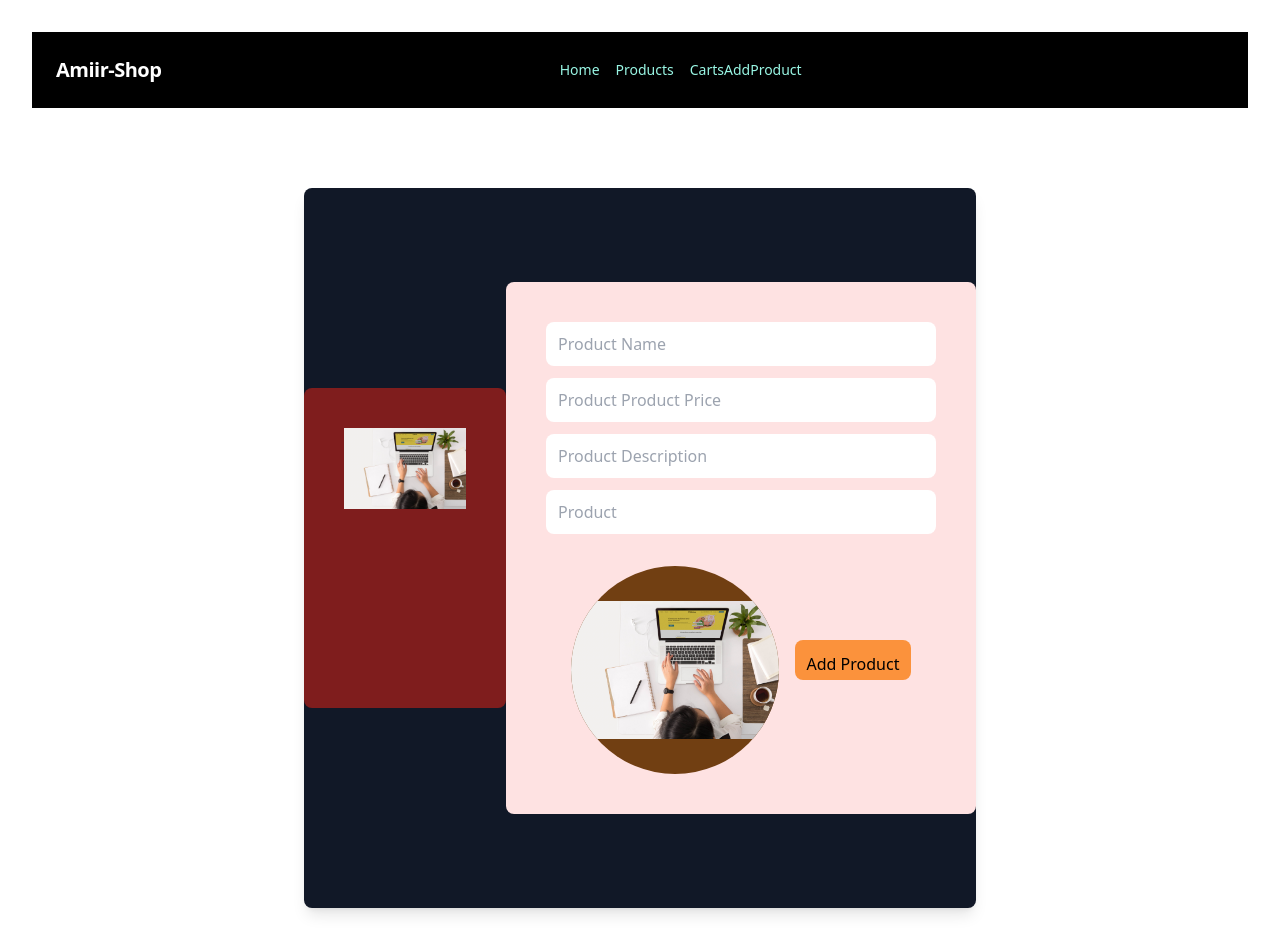
Repository: ENG-AMIIR-MUSE/ECommerce-app-using-react
Page: /addProducts
An editor plug-in stored every save of this project. The page is shown before and after the next save, followed by the edit.
The browser window is 1280 px wide. The pictures show the whole page.
The page's requests for data from a server got no answer. The project was rebuilt for these pictures with package versions that can differ from the ones it lists, and the page was loaded fresh each time. No one was signed in, and anything a server would have sent is missing. Also part of the build but not shown: vite.config.js, src/Components/productList.js, src/Components/productCard.js.

Above is the page before, as saved 2023-06-24 19:52:47.

After the next save:
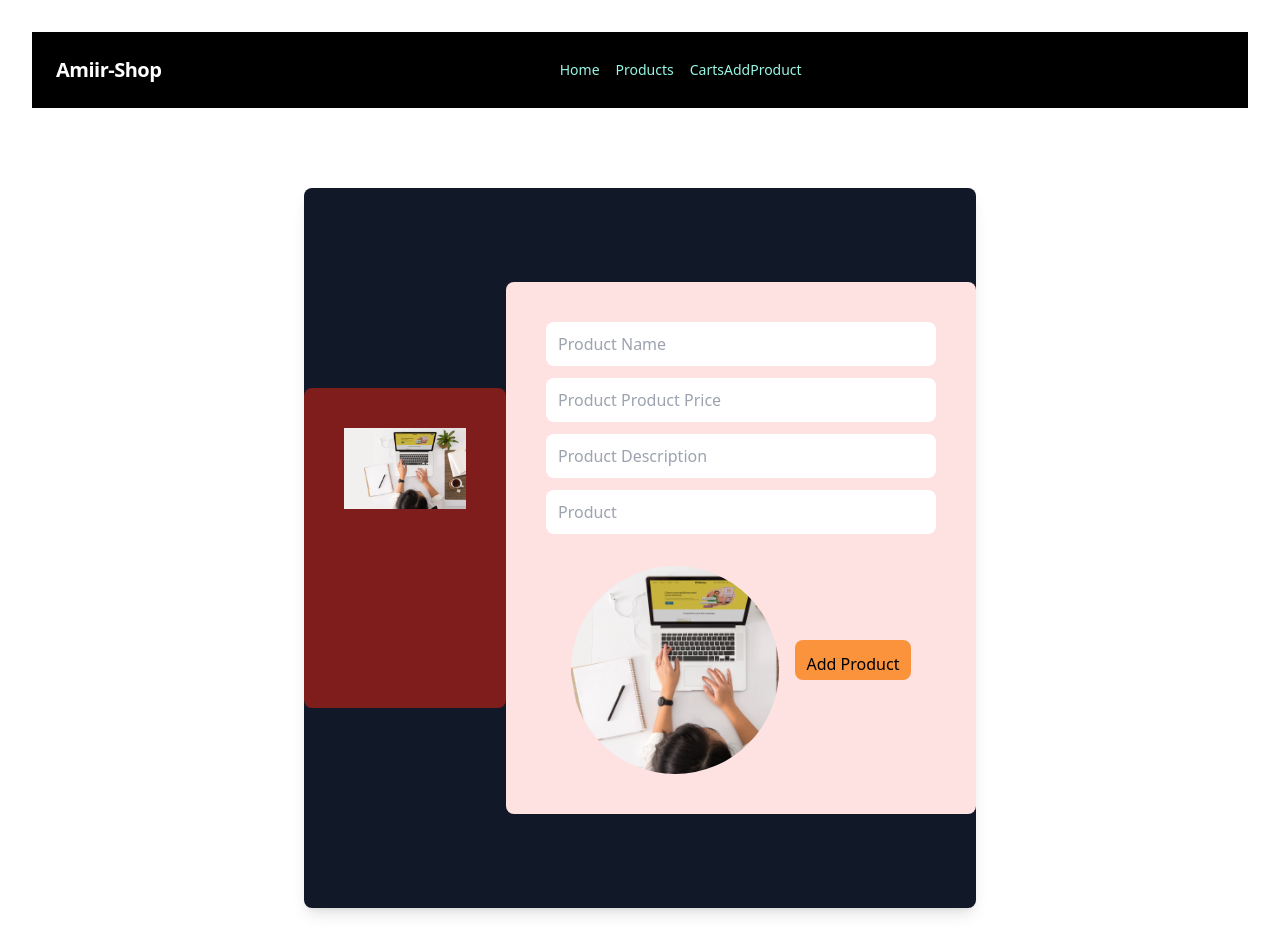
Saved 40 s later.
--- a/src/Components/AddProduct.jsx
+++ b/src/Components/AddProduct.jsx
@@ -16,7 +16,7 @@ const  AddProduct = ()=>{
           <input type="text"placeholder="Product Description" className="w-full rounded-lg h-11  pl-3"/>
            <input type="text" placeholder="Product"className="w-full rounded-lg h-11 pl-3 "/>
            <div className="flex felx-row items-center justify-center space-x-4">
-             <img src={reactsvg} alt="" className="rounded-full w-52 h-52 mt-5  max-w-md  object-contain bg-yellow-900" />
+             <img src={reactsvg} alt="" className="rounded-full w-52 h-52 mt-5  max-w-md  object-cover bg-yellow-900" />
              <input type="submit" className = "rounded-lg bg-orange-400 p-3 h-10 "value="Add Product"/>
            </div>
           </form>
